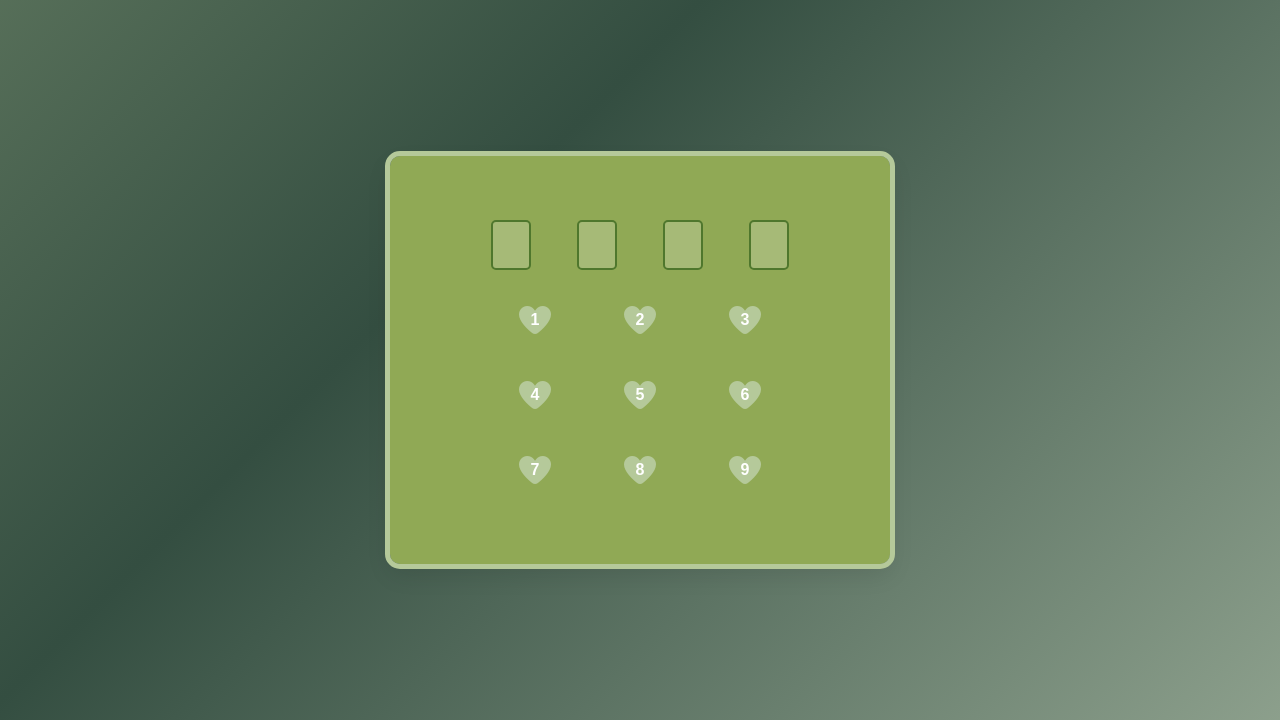
Repository: jahatesu/project-cutie
Page: index.html
These files come from the project's save history. The page is drawn as it stood at one moment and after the next save; the edit follows.
The browser window is 1280 px wide. The pictures show the whole page.
Some web libraries are served in a nearby version.

Above is the page before, as saved 2025-08-14 23:13:58.
Console error: TypeError: Cannot read properties of null (reading 'getBoundingClientRect')

### index.html
<!DOCTYPE html>
<html lang="en">
<head>
    <meta charset="UTF-8"
    meta http-equiv="X-UA-Compatible" content="IE=edge">
    <meta name="viewport" content="width=device-width, initial-scale=1.0">
    <title>idk yet</title>
    <link rel="stylesheet" href="https://cdnjs.cloudflare.com/ajax/libs/font-awesome/7.0.0/css/all.min.css">
    <link rel="stylesheet" href="style.css">
</head>

<body>
    <div class="wrapper">
        <!-- <i class="fa-solid fa-heart"></i>
        <h2 class="question">Do you wanna see why I think you’re the cutest?</h2>
        <div class="btn-group">
            <button class="btn-yes">Yes</button>
            <button class="btn-no">No</button>
        </div> -->

        <!-- PIN DISPLAY -->
         <div class="pin-display">
            <div class="pin-box"></div>
            <div class="pin-box"></div>
            <div class="pin-box"></div>
            <div class="pin-box"></div>
         </div>

         <!-- HEART BUTTONS -->
         <div class="heart-pad">
            <button data-num="1"><i class="fa-solid fa-heart"></i><span>1</span></button>
            <button data-num="2"><i class="fa-solid fa-heart"></i><span>2</span></button>
            <button data-num="3"><i class="fa-solid fa-heart"></i><span>3</span></button>
            <button data-num="4"><i class="fa-solid fa-heart"></i><span>4</span></button>
            <button data-num="5"><i class="fa-solid fa-heart"></i><span>5</span></button>
            <button data-num="6"><i class="fa-solid fa-heart"></i><span>6</span></button>
            <button data-num="7"><i class="fa-solid fa-heart"></i><span>7</span></button>
            <button data-num="8"><i class="fa-solid fa-heart"></i><span>8</span></button>
            <button data-num="9"><i class="fa-solid fa-heart"></i><span>9</span></button>

        </div>
    </div>

    <script src="script.js"></script>


</body>
</html>

### style.css
:root{
    --bg1:#e9f5db;
    --bg2:#90a955;
    --accent:#b5c99a;
    --ink:#232323;
    --splash-duration: 2600ms;
  }

*{
    margin: 0;
    padding: 0;
    box-sizing: border-box;
}

html, body {
    display: flex;
    justify-content: center;
    align-items: center;
    min-height: 100vh;
  width: 100%;
  height:100%;
}

body {
    background: linear-gradient(-45deg, #e9f5db, #344e41, #b5c99a, #23d5ab);
    background-size: 400% 400%;
    animation: gradient 15s ease infinite;
}

@keyframes gradient {
    0% {
        background-position: 0% 50%;
    }
    50% {
        background-position: 100% 50%;
    }
    100% {
        background-position: 0% 50%;
    }
}
.wrapper{
    position: relative;
    width: 90%;
    padding: 5%;
    max-width: 500px;
    margin: 50px 50px;
    height: fit-content;
    /* max-height: 50%; */
    background: #90a955;
    border-radius: 10px;
    display: flex;
    justify-content: center;
    align-items: center;
    box-shadow: 0 10px 25px rgba(0,0,0,0.1);
    flex-direction: column;
    text-align: center;
    outline: 5px solid #b5c99a;
}

.pin-display{
  display: flex;
  justify-content: space-between;
  margin-bottom: 20px;
  width: 80%;
}

.pin-box{
  width: clamp(30px, 9vw, 40px);
  height: clamp(30px, 9vw, 50px);
  border: 2px solid #4f772d;
  border-radius: 5px;
  background: rgba(255,255,255,0.2);
}

.heart-pad {
  display: grid;
  grid-template-columns: repeat(3, 1fr);
  gap: 15px;
  width: 100%;
  max-width: 300px;
  justify-items: center;
  margin: 0 auto;
}

.heart-pad button {
  position: relative;
  width: 60px;
  height: 60px;
  background: none;        /* remove default button background */
  border: none;
  cursor: pointer;
  font-size: 1rem;
  color: white;
  display: flex;
  justify-content: center;
  align-items: center;
  outline: 4px solid transparent; /* outline for focus state */
  transition: outline-color 0.3s ease;
}


.heart-pad i {
  position: absolute;      /* behind the number */
  font-size: 2rem;         /* heart size */
  color: #b5c99a;          /* heart color */
  z-index: 0;
}

.heart-pad button span {
  position: relative;
  z-index: 1;              /* number above the heart */
  font-weight: bold;
}


/* .wrapper i {
  font-size: 50px;
  margin-bottom: 10px;
  color: #e9f5db;
}

i{
    font-size:7.5em;
    color: #e9f5db;
    border: 5px solid transparent;
}

h2{
    font-size: 2em;
    color: #e9f5db;
    margin: 15px 0;
}
@media (max-width: 600px) {
  .h2 {
    font-size: 1.2rem;
  }
}

.btn-group{
    width: 100%;
    height: 40px;
    display: flex;
    justify-content: center;
    margin-top: 15px;
}

button {
    position: absolute;
    width: 150px;
    height: inherit;
    font-size: 1.2em;
    color: #e9f5db;
    font-weight: 600;
    border-radius: 30px;
    border: 2px solid #4f772d;
    cursor: pointer;
    box-shadow: 0 5px 15px rgba(0,0,0,0.3);
}

button:nth-child(1){
    margin-left: -200px;
    background: #4f772d;
    color: #b5c99a;
}

button:nth-child(2){
    margin-right: -200px;
    color: #b5c99a;
}

@media (max-width: 400px) {
  .question {
    font-size: 5vw;
  }
  button {
    font-size: 4vw;
  }
} */

### script.js
const wrapper = document.querySelector(".wrapper");
const question = document.querySelector(".question");
const yesBtn = document.querySelector(".btn-yes");
const noBtn = document.querySelector(".btn-no");

const wrapperRect = wrapper.getBoundingClientRect();
const noBtnRect = noBtn.getBoundingClientRect();


yesBtn.addEventListener('click', () => {
    question.innerHTML = 'I knew it! Love you too <3 ';
})

noBtn.addEventListener('mouseover', () => {
    const i = Math.floor(Math.random() * (wrapperRect.width - noBtnRect.width));
    const j = Math.floor(Math.random() * (wrapperRect.height - noBtnRect.height));
    noBtn.style.left = i + "px";
    noBtn.style.top = j + "px";
})

After the next save:
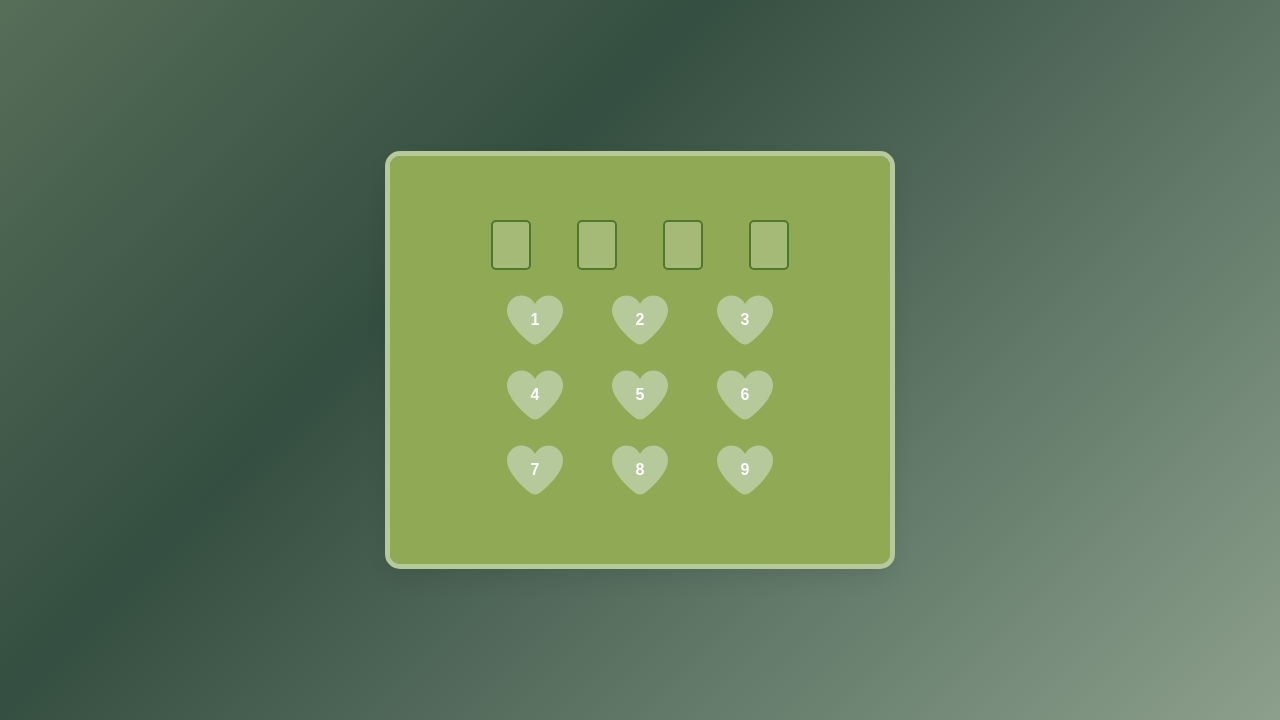
Saved 2 min 14 s later.
--- a/style.css
+++ b/style.css
@@ -101,7 +101,7 @@ body {
 
 .heart-pad i {
   position: absolute;      /* behind the number */
-  font-size: 2rem;         /* heart size */
+  font-size: 3.5rem;         /* heart size */
   color: #b5c99a;          /* heart color */
   z-index: 0;
 }
